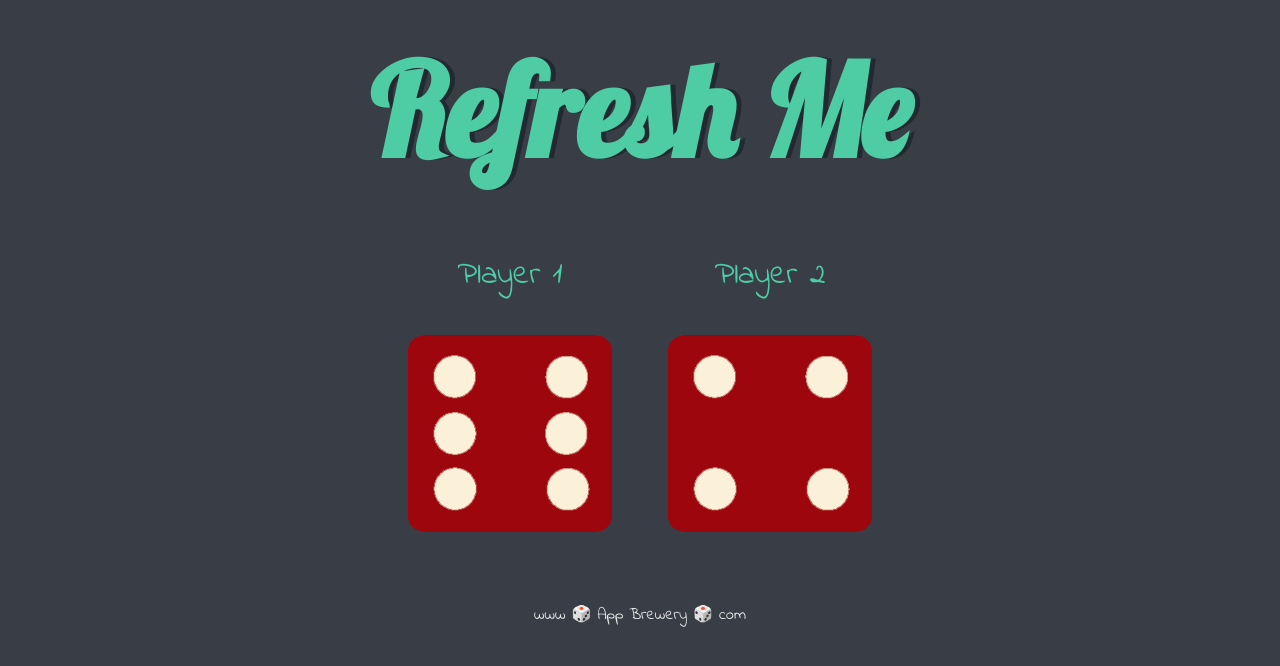
Repository: miaaow42/dice-play
Page: dicee.html
An editor plug-in stored every save of this project. The page is shown before and after the next save, followed by the edit.
The browser window is 1280 px wide. The pictures show the whole page.

Above is the page before, as saved 2022-07-03 14:36:07.

### dicee.html
<!DOCTYPE html>
<html lang="en" dir="ltr">
  <head>
    <meta charset="utf-8">
    <title>Dice</title>
    <link rel="stylesheet" href="styles.css">
    <link href="https://fonts.googleapis.com/css?family=Indie+Flower|Lobster" rel="stylesheet">

  </head>
  <body>

    <div class="container">
      <h1 id="tittleName" >Refresh Me</h1>

      <div class="dice">
        <p>Player 1</p>
        <img class="img1" id="img1" src="images/dice6.png">
      </div>

      <div class="dice">
        <p>Player 2</p>
        <img class="img2" id="img2" src="images/dice6.png">
      </div>

    </div>

    <script src="index.js"></script>
  </body>

  <footer>
    www 🎲 App Brewery 🎲 com
  </footer>
</html>

### index.js
let randomNumber1 = Math.floor(Math.random()*6)+1;

let randomNumber2 = Math.floor(Math.random()*6)+1;

window.addEventListener("load",function(){
    e1();
    e2();
    changeTitle();
    console.log(randomNumber1);
    console.log(randomNumber2);
})

let e1 = window.onload = function changeImgs1(){
    let img = document.getElementById("img1")
    if(randomNumber1 === 1){
        img.src = 'images/dice1.png';
    }
    else if (randomNumber1 === 2){
        img.src = 'images/dice2.png';
    }
    else if (randomNumber1 === 3){
        img.src = 'images/dice3.png';
    }
    else if (randomNumber1 === 4){
        img.src = 'images/dice4.png';
    }
    else if (randomNumber1 === 5){
        img.src = 'images/dice5.png';
    }
    else {
        img.src = 'images/dice6.png';
    }
}


let e2 = window.onload = function changeImgs2(){
    let img2 = document.getElementById("img2")
    if(randomNumber2 === 1){
        img2.src = 'images/dice1.png';
    }
    else if (randomNumber2 === 2){
        img2.src = 'images/dice2.png';
    }
    else if (randomNumber2 === 3){
        img2.src = 'images/dice3.png';
    }
    else if (randomNumber2 === 4){
        img2.src = 'images/dice4.png';
    }
    else if (randomNumber2 === 5){
        img2.src = 'images/dice5.png';
    }
    else {
        img2.src = 'images/dice6.png';
    }
}

function changeTitle (){

    if(randomNumber1>randomNumber2){
        let t1 = "Player 1 Wins!"
        document.getElementsByTagName("h1").innerHTML = t1;
    }
    else if (randomNumber2>randomNumber1){
       let t2 = "Player 2 Wins!";
        document.getElementsByTagName("h1").innerHTML = t2;
    }
    else {
       let t3 = "Draw!";
       document.getElementsByTagName("h1").innerHTML = t3;
    }
}

Loaded but not shown: styles.css (common file)

After the next save:
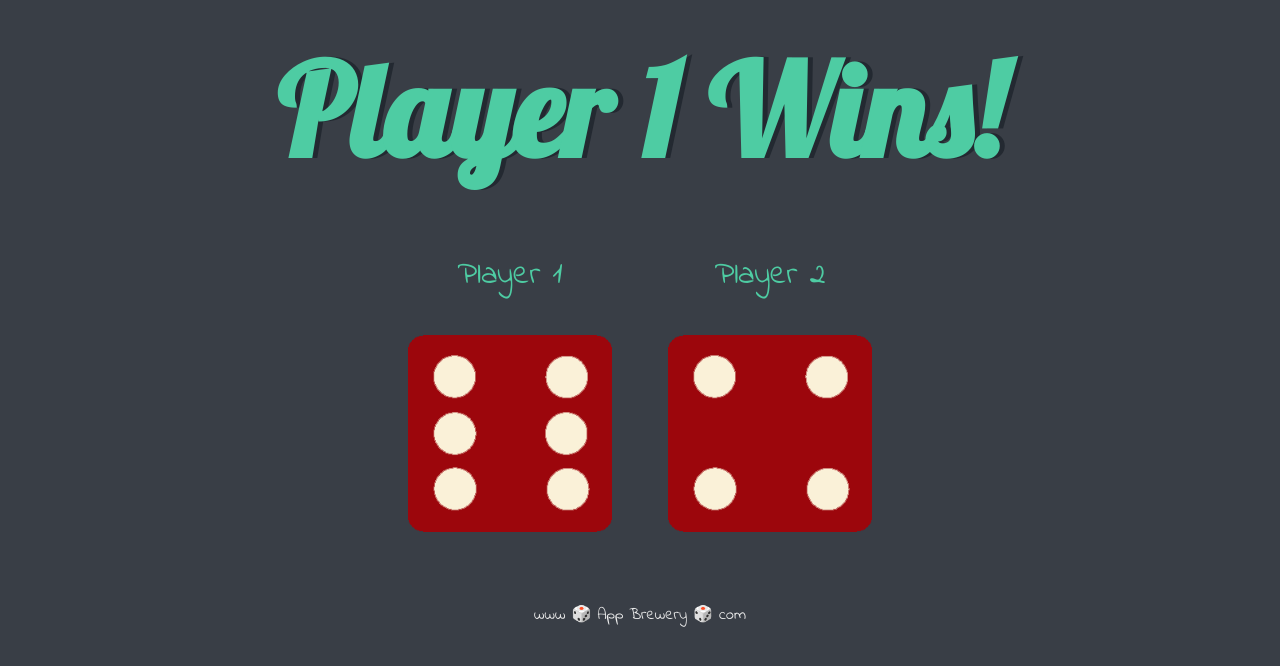
Saved 54 s later.
--- a/index.js
+++ b/index.js
@@ -56,17 +56,14 @@ let e2 = window.onload = function changeImgs2(){
 }
 
 function changeTitle (){
-
+    let t = document.getElementById("tittleName");
     if(randomNumber1>randomNumber2){
-        let t1 = "Player 1 Wins!"
-        document.getElementsByTagName("h1").innerHTML = t1;
+        t.innerHTML = "Player 1 Wins!";
     }
     else if (randomNumber2>randomNumber1){
-       let t2 = "Player 2 Wins!";
-        document.getElementsByTagName("h1").innerHTML = t2;
+        t.innerHTML = "Player 2 Wins!";
     }
     else {
-       let t3 = "Draw!";
-       document.getElementsByTagName("h1").innerHTML = t3;
+        t.innerHTML = "Draw!";
     }
 }
